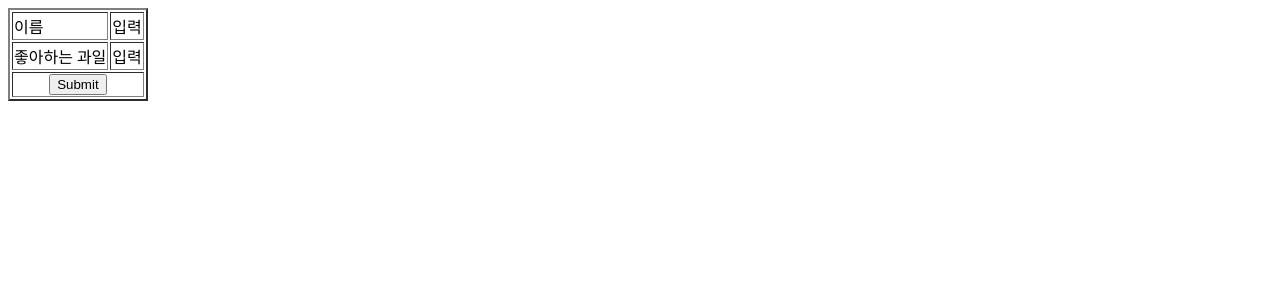
Repository: Jipumpkin/WebServer
Page: JSP2/src/main/webapp/input_info.html
These files come from the project's save history. The page is drawn as it stood at one moment and after the next save; the edit follows.
The browser window is 1280 px wide. The pictures show the whole page.

Above is the page before, as saved 2024-08-07 02:36:49.

### JSP2/src/main/webapp/input_info.html
<!DOCTYPE html>
<html>
<head>
<meta charset="EUC-KR">
<title>Insert title here</title>
</head>
	<style>
.sub {
    text-align: center;
}

	</style>

<body>

	<table border="2px solid">
		<tr>
			<td>이름</td>
			<td>입력</td>
		</tr>
		<tr>
			<td>좋아하는 과일</td>
			<td>입력</td>
		</tr>
		<tr class="sub">
			<td colspan="2"><input type="submit"> </td>
		</tr>

	</table>

</body>
</html>

After the next save:
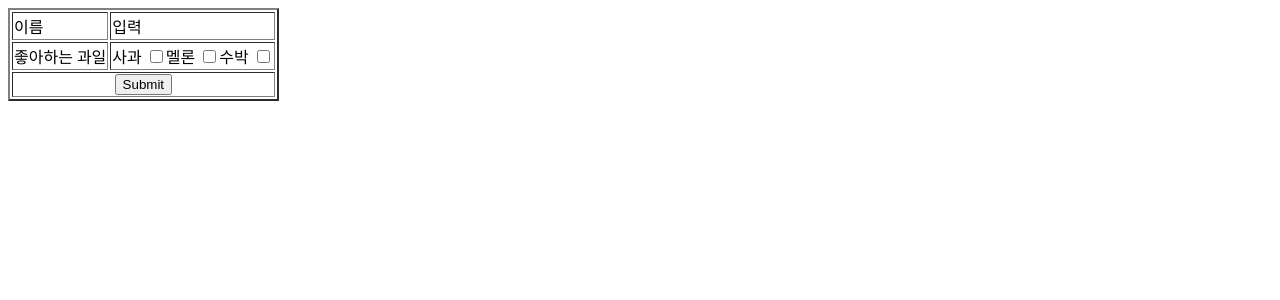
Saved 2 min 19 s later.
--- a/JSP2/src/main/webapp/input_info.html
+++ b/JSP2/src/main/webapp/input_info.html
@@ -20,7 +20,9 @@
 		</tr>
 		<tr>
 			<td>좋아하는 과일</td>
-			<td>입력</td>
+			<td>
+				사과 <input type="checkbox"/>멜론 <input type="checkbox" />수박 <input type="checkbox" />
+			</td>
 		</tr>
 		<tr class="sub">
 			<td colspan="2"><input type="submit"> </td>
